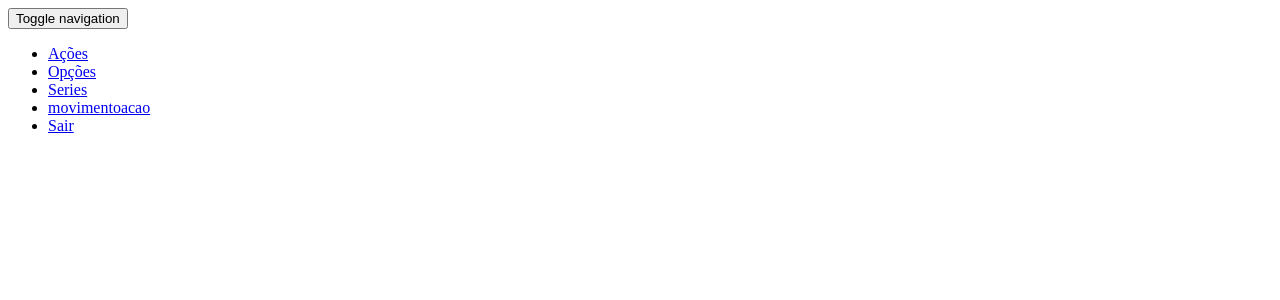
Repository: icaroplive/dashboard_carteira_acoes
Page: views/sidebar.html
These files come from the project's save history. The page is drawn as it stood at one moment and after the next save; the edit follows.
The browser window is 1280 px wide. The pictures show the whole page.

Above is the page before, as saved 2020-08-19 01:15:54.

After the next save:
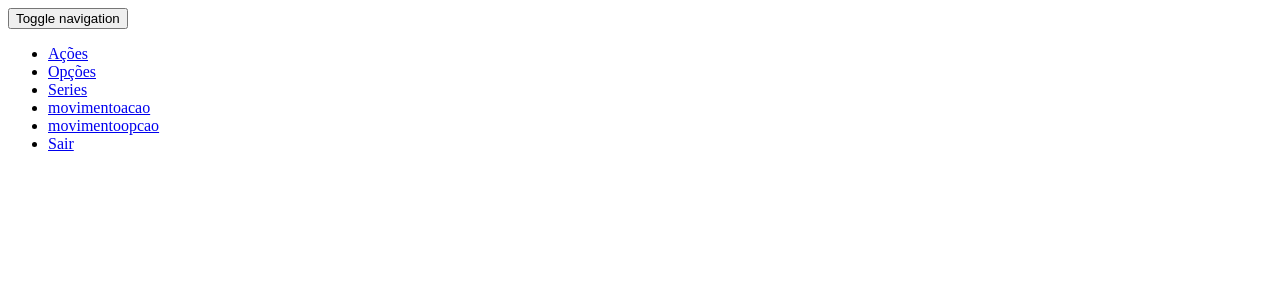
Saved 23 s later.
--- a/views/sidebar.html
+++ b/views/sidebar.html
@@ -22,6 +22,9 @@
         <li ng-class="{active : location.path() =='/movimentoacao'}""><a href=" #/movimentoacao">movimentoacao<span
             style="font-size:16px;" class="pull-left hidden-xs showopacity glyphicon glyphicon-home"></span></a></li>
 
+        <li ng-class="{active : location.path() =='/movimentoopcao'}""><a href=" #/movimentoopcao">movimentoopcao<span
+            style="font-size:16px;" class="pull-left hidden-xs showopacity glyphicon glyphicon-home"></span></a></li>
+
 
         <li>
           <a href="#/logoff">Sair <span style="font-size:16px;"
